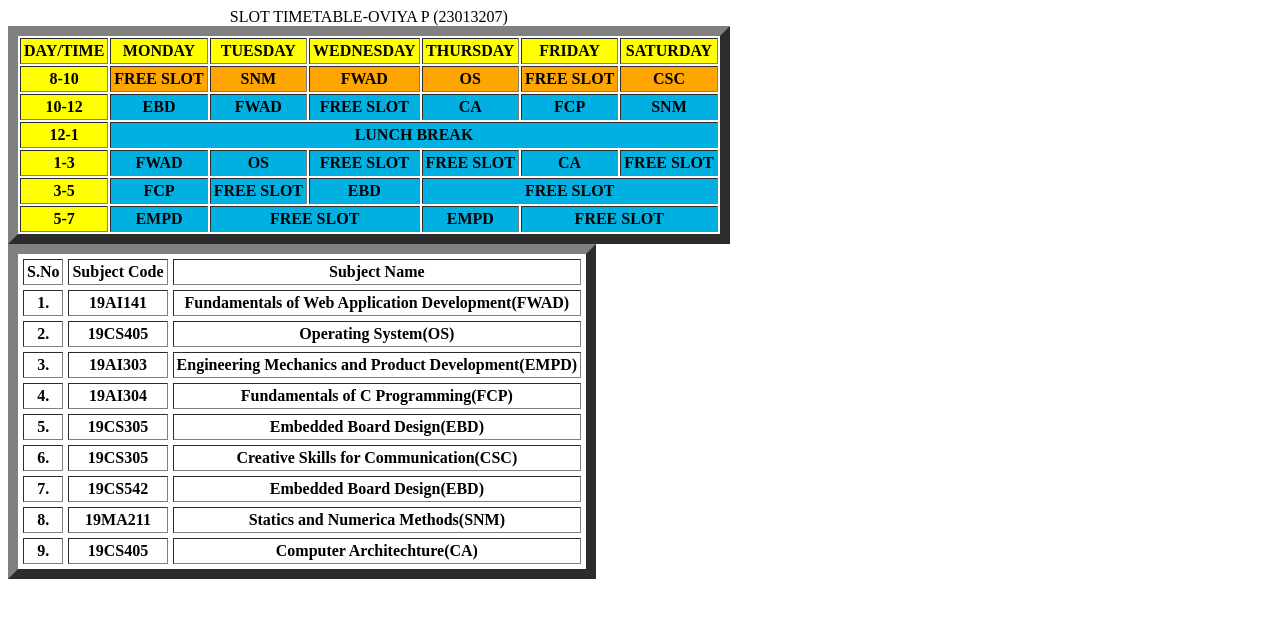
Repository: Oviya24032K6/slot
Page: oviya/static/time.html
An editor plug-in stored every save of this project. The page is shown before and after the next save, followed by the edit.
The browser window is 1280 px wide. The pictures show the whole page.

Above is the page before, as saved 2024-03-15 20:35:09.

After the next save:
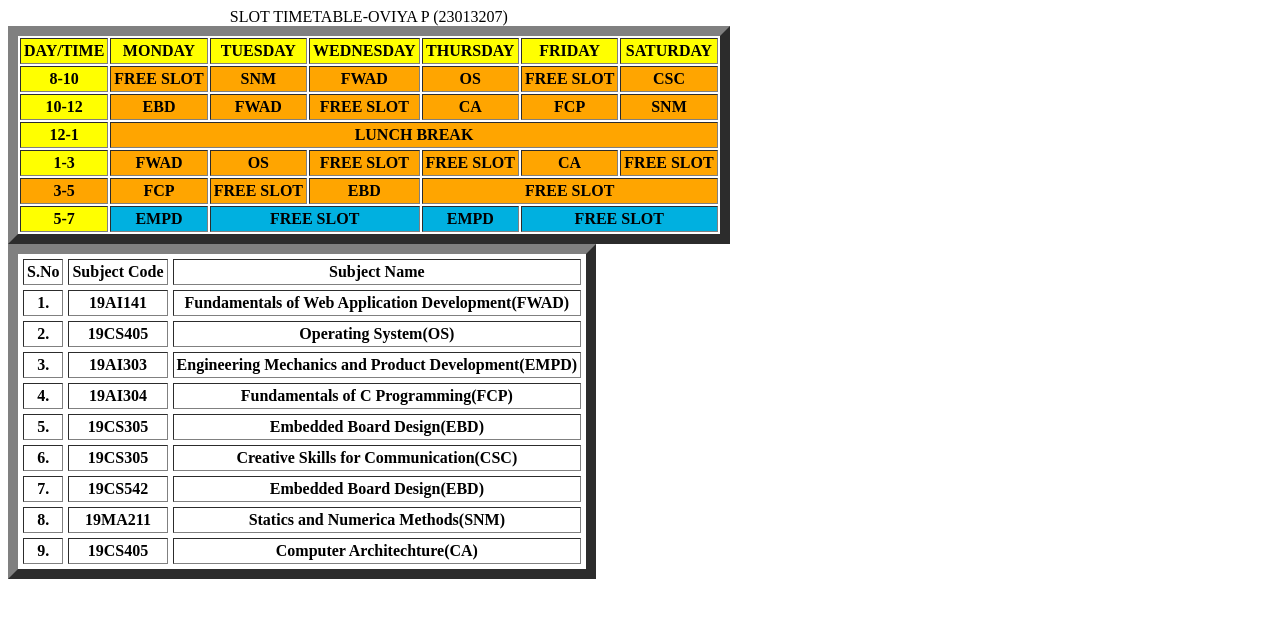
Saved 2 min 3 s later.
--- a/oviya/static/time.html
+++ b/oviya/static/time.html
@@ -25,32 +25,32 @@
         </tr>
         <tr>
             <th bgcolor="yellow">10-12</th>
-            <th bgcolor="sky blue">EBD</th>
-            <th bgcolor="sky blue">FWAD</th>
-            <th bgcolor="sky blue">FREE SLOT</th>
-            <th bgcolor="sky blue">CA</th>
-            <th bgcolor="sky blue">FCP</th>
-            <th bgcolor="sky blue">SNM</th>
+            <th bgcolor="orange">EBD</th>
+            <th bgcolor="orange">FWAD</th>
+            <th bgcolor="orange">FREE SLOT</th>
+            <th bgcolor="orange">CA</th>
+            <th bgcolor="orange">FCP</th>
+            <th bgcolor="orange">SNM</th>
         </tr>
         <tr>
             <th bgcolor="yellow">12-1</th>
-            <th bgcolor="sky blue" colspan="6">LUNCH BREAK</th>
+            <th bgcolor="orange" colspan="6">LUNCH BREAK</th>
         </tr>
         <tr>
             <th bgcolor="yellow">1-3</th>
-            <th bgcolor="sky blue">FWAD</th>
-            <th bgcolor="sky blue">OS</th>
-            <th bgcolor="sky blue">FREE SLOT</th>
-            <th bgcolor="sky blue">FREE SLOT</th>
-            <th bgcolor="sky blue">CA</th>
-            <th bgcolor="sky blue">FREE SLOT</th>
+            <th bgcolor="orange">FWAD</th>
+            <th bgcolor="orange">OS</th>
+            <th bgcolor="orange">FREE SLOT</th>
+            <th bgcolor="orange">FREE SLOT</th>
+            <th bgcolor="orange">CA</th>
+            <th bgcolor="orange">FREE SLOT</th>
         </tr>
         <tr>
-            <th bgcolor="yellow">3-5</th>
-            <th bgcolor="sky blue">FCP</th>
-            <th bgcolor="sky blue">FREE SLOT</th>
-            <th bgcolor="sky blue">EBD</th>
-            <th bgcolor="sky blue" colspan="4">FREE SLOT</th>
+            <th bgcolor="orange">3-5</th>
+            <th bgcolor="orange">FCP</th>
+            <th bgcolor="orange">FREE SLOT</th>
+            <th bgcolor="orange">EBD</th>
+            <th bgcolor="orange" colspan="4">FREE SLOT</th>
         </tr>
         <tr>
             <th bgcolor="yellow">5-7</th>
